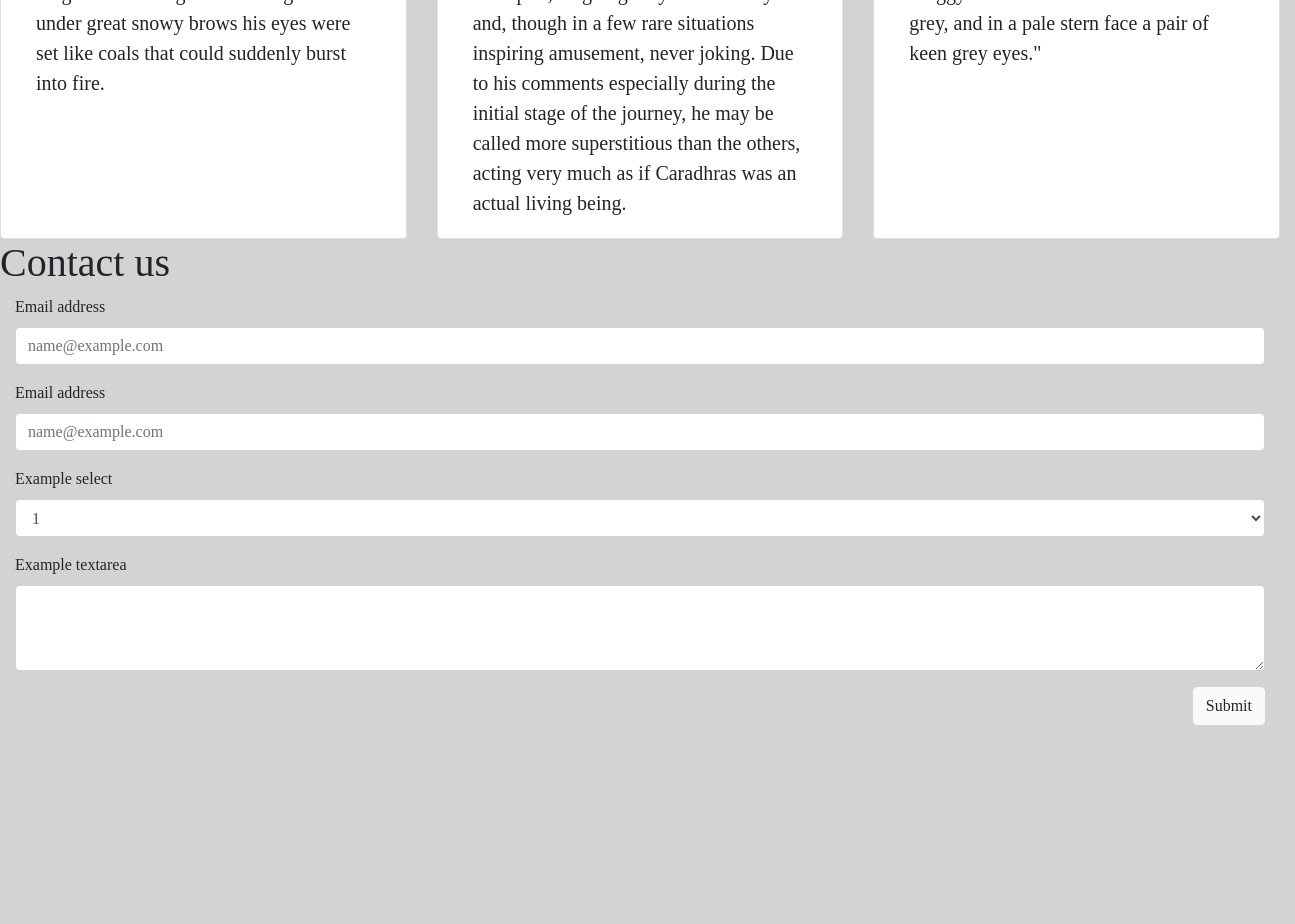
Repository: Khaleddwm/FindThePrecious
Page: index.html
An editor plug-in stored every save of this project. The page is shown before and after the next save, followed by the edit.
The browser window is 1280 px wide. The page is 1295 px wide, so the pictures cover 1295 px, including what lies to the right of the window. The pictures show the part of the page from y = 1621 to 2545 px (the page is 2560 px tall before and 2754 px after).
Some web fonts or font styles are not loaded; a fallback is used.

Above is the page before, as saved 2020-05-24 17:49:48.

After the next save:
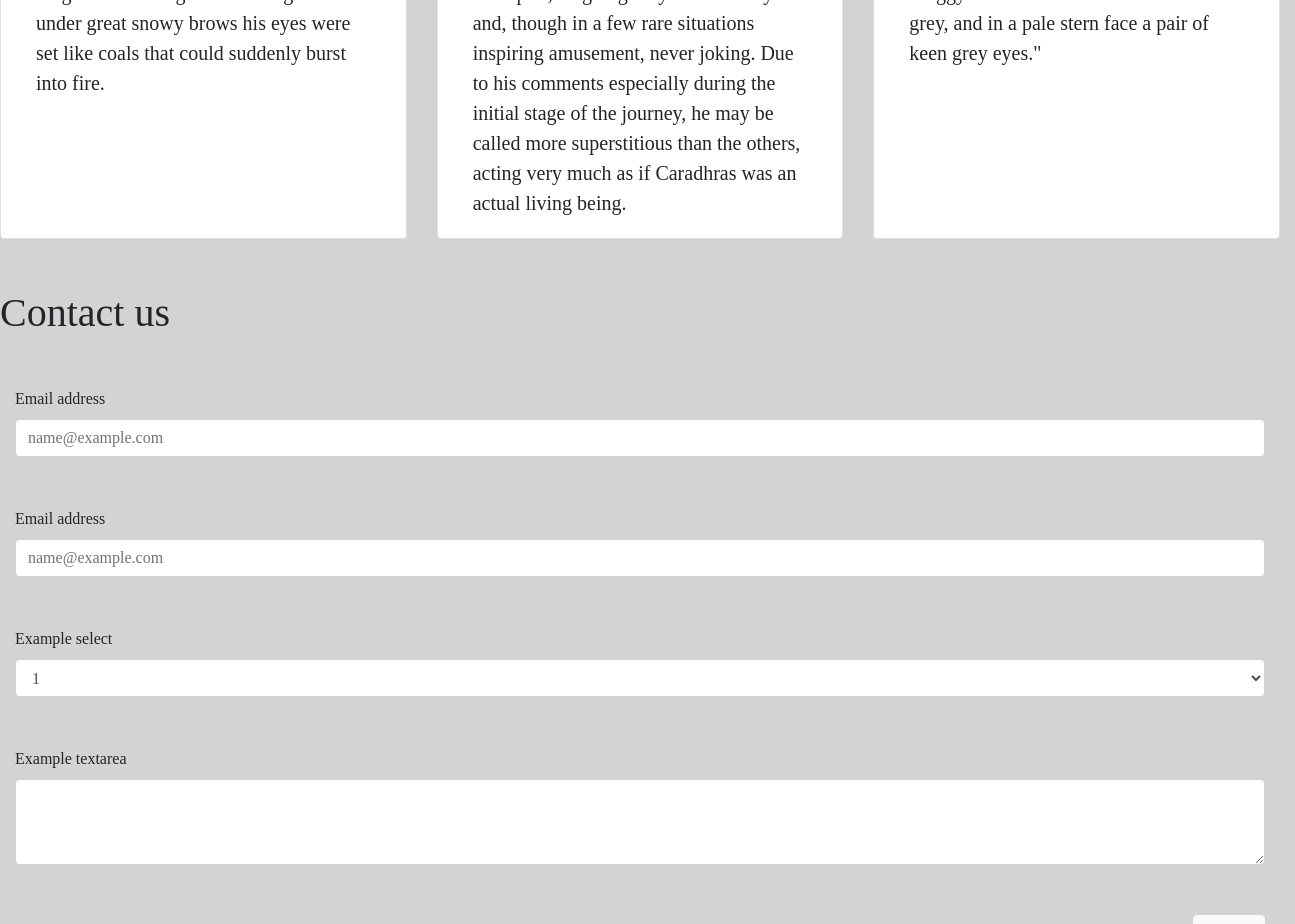
Saved 33 s later.
--- a/style.css
+++ b/style.css
@@ -67,3 +67,7 @@ img {
 button {
     float: right;
 }
+
+.form-group {
+    margin-top: 50px;
+}
